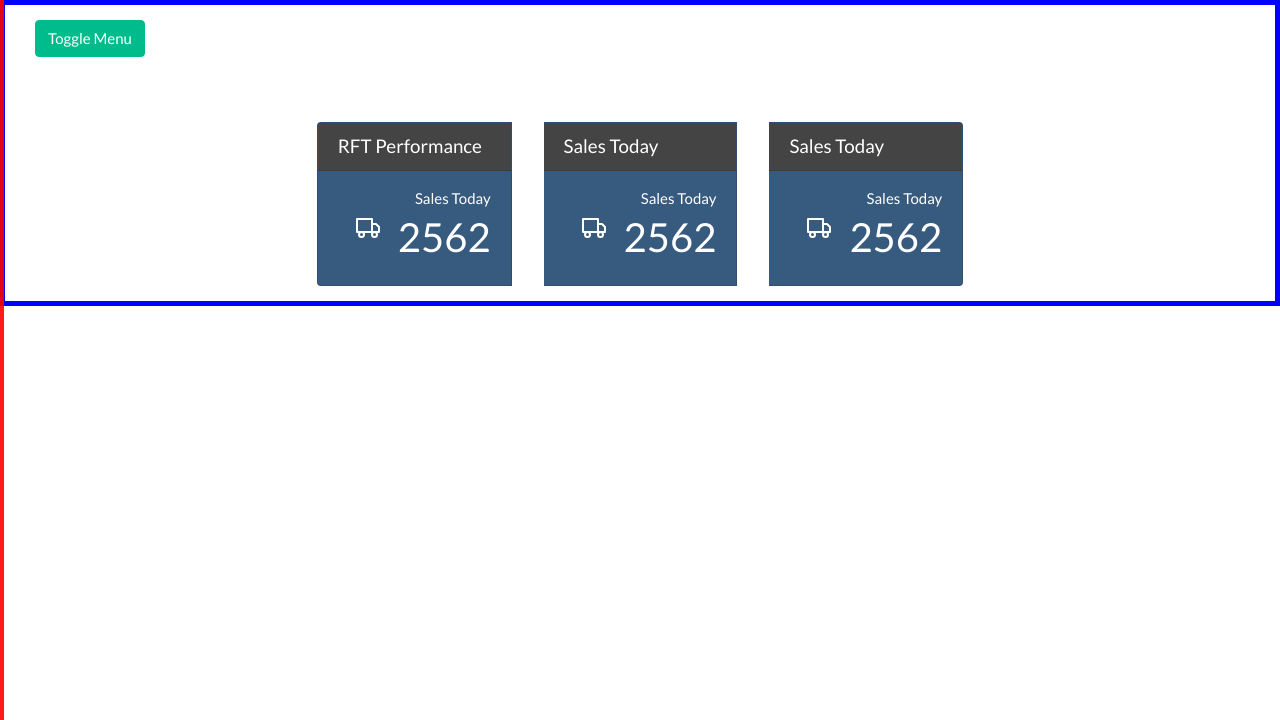
Repository: valenovi76/Delivery-Dashboard
Page: Index.html
The author's editor kept a record of every edit. The page is drawn from the files as they stood at one moment, then again after the next edit.
The browser window is 1280 px wide. The pictures show the whole page.
Some web libraries are served in a nearby version.

Above is the page before.
Console error: TypeError: Cannot read properties of null (reading 'textContent')

After the next edit:
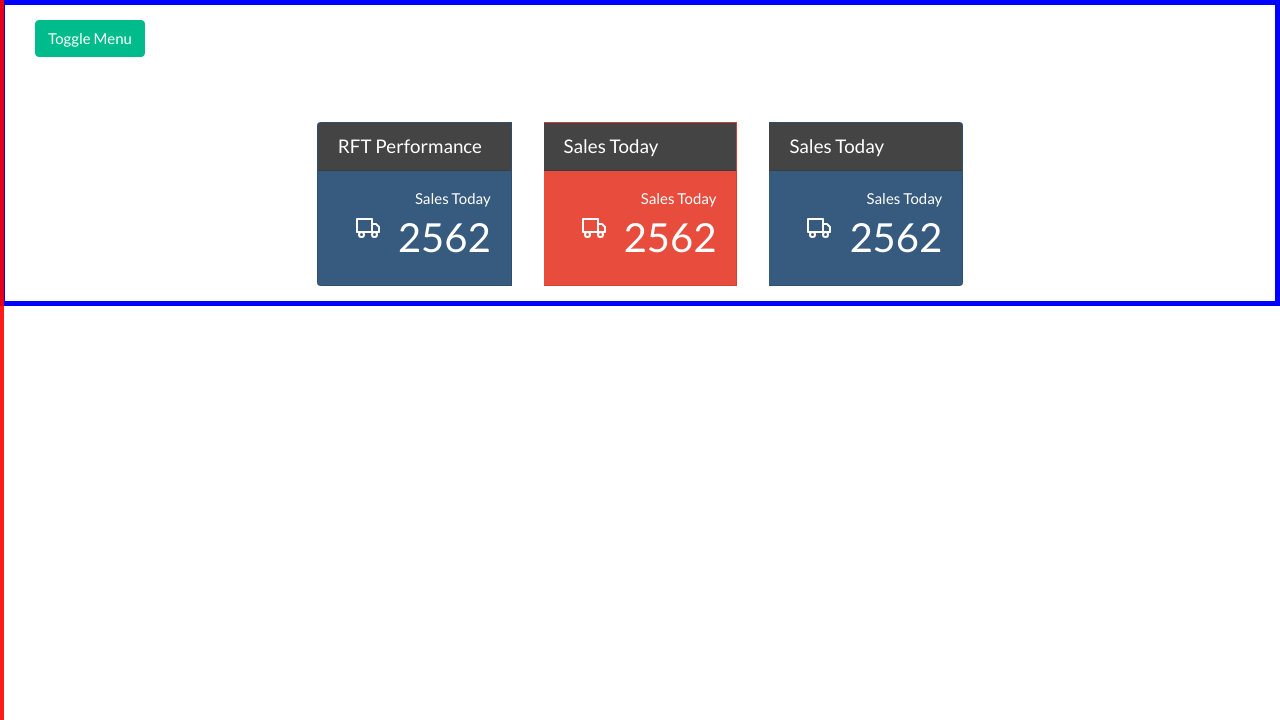
The edit:
--- a/Index.html
+++ b/Index.html
@@ -59,7 +59,7 @@
                     												</div>
                     											</div>
                     										</div>
-                                    <div class="card flex-fill bg-primary text-white mx-3">
+                                    <div class="card flex-fill bg-danger text-white mx-3">
                 											<div class="card-header">
                 												<h5 class="card-title text-white mb-0">Sales Today</h5>
                 											</div>
